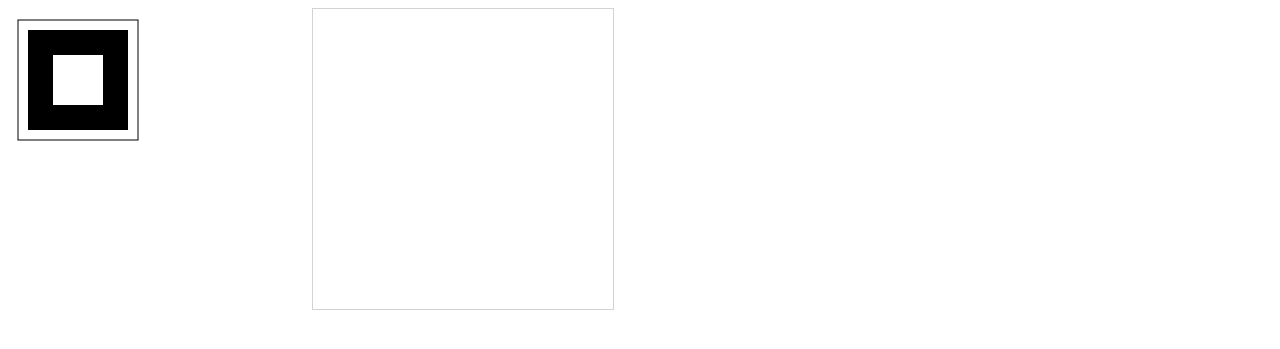
Repository: ManojAndroid/WellcomeToAndroidApp
Page: AddressBook_App/Canvas_Project/WebContent/Canvas.html
An editor plug-in stored every save of this project. The page is shown before and after the next save, followed by the edit.
The browser window is 1280 px wide. The pictures show the whole page.

Above is the page before, as saved 2017-04-20 11:51:44.

### AddressBook_App/Canvas_Project/WebContent/Canvas.html
<!DOCTYPE html>
<html>
<head>
<meta charset="UTF-8">
<script type="text/javascript">
	function draw() {
		var myCanvas = document.getElementById("myCanvas");
		var ctx = myCanvas.getContext("2d");
		ctx.fillRect(20, 20, 100, 100);
		ctx.strokeRect(10, 10, 120, 120);
		ctx.clearRect(45, 45, 50, 50);
		ctx.fillStyle = "green";
		ctx.closePath();
		ctx.fill();
	}
	function drawShape() {
		var myCanvas = document.getElementById("myCan");
		var ctx = myCanvas.getContext("2d");
		ctx.moveTo(0,0);
		ctx.lineTo(200,100);
		ctx.stroke();
	}

</script>
</head>
<body onload="draw()">
	<canvas id="myCanvas" width="300" height="300">
                </canvas>


	<canvas id="myCan" width="300" height="300" onmouseleave="drawShape()" style="border:1px solid #d3d3d3;">
                </canvas>
	<!-- <canvas id="myCan" width="300" height="300" onclick="drawShape()">
                </canvas> -->
</body>

</html>

After the next save:
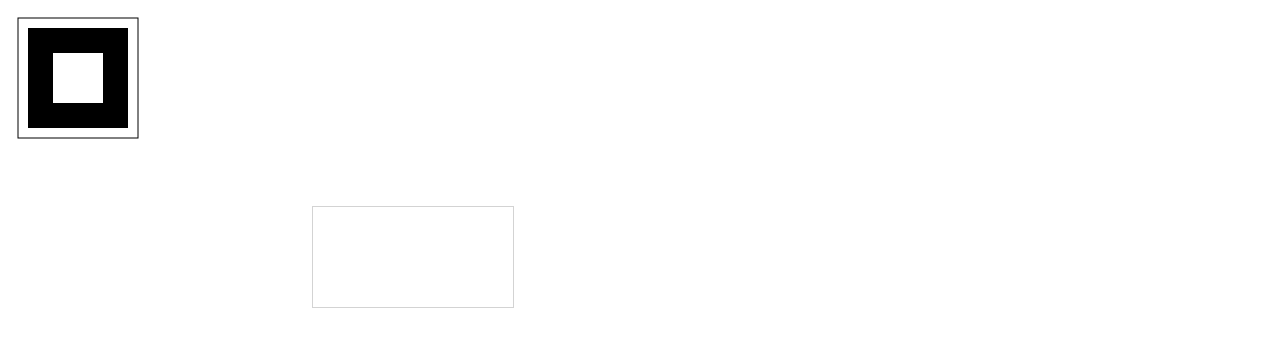
Saved 33 s later.
--- a/AddressBook_App/Canvas_Project/WebContent/Canvas.html
+++ b/AddressBook_App/Canvas_Project/WebContent/Canvas.html
@@ -28,7 +28,7 @@
                 </canvas>
 
 
-	<canvas id="myCan" width="300" height="300" onmouseleave="drawShape()" style="border:1px solid #d3d3d3;">
+	<canvas id="myCan" width="200" height="100" onmouseleave="drawShape()" style="border:1px solid #d3d3d3;">
                 </canvas>
 	<!-- <canvas id="myCan" width="300" height="300" onclick="drawShape()">
                 </canvas> -->
